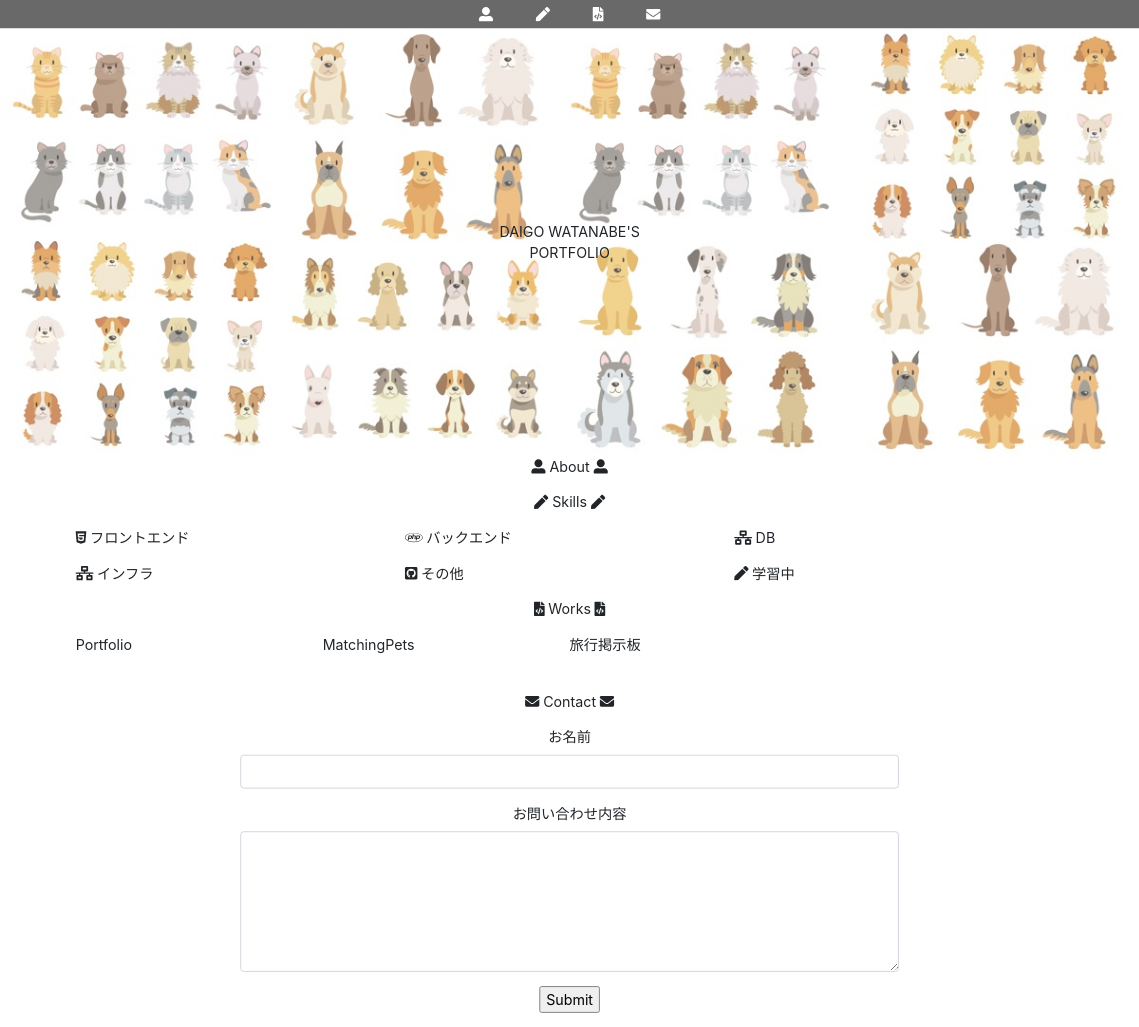
Repository: watanabedaigo/Portfolio
Page: index.html
The author's editor kept a record of every edit. The page is drawn from the files as they stood at one moment, then again after the next edit.
The browser window is 1280 px wide. The pictures show the whole page, at 89% of full size.
Some web libraries are served in a nearby version.

Above is the page before.

After the next edit:
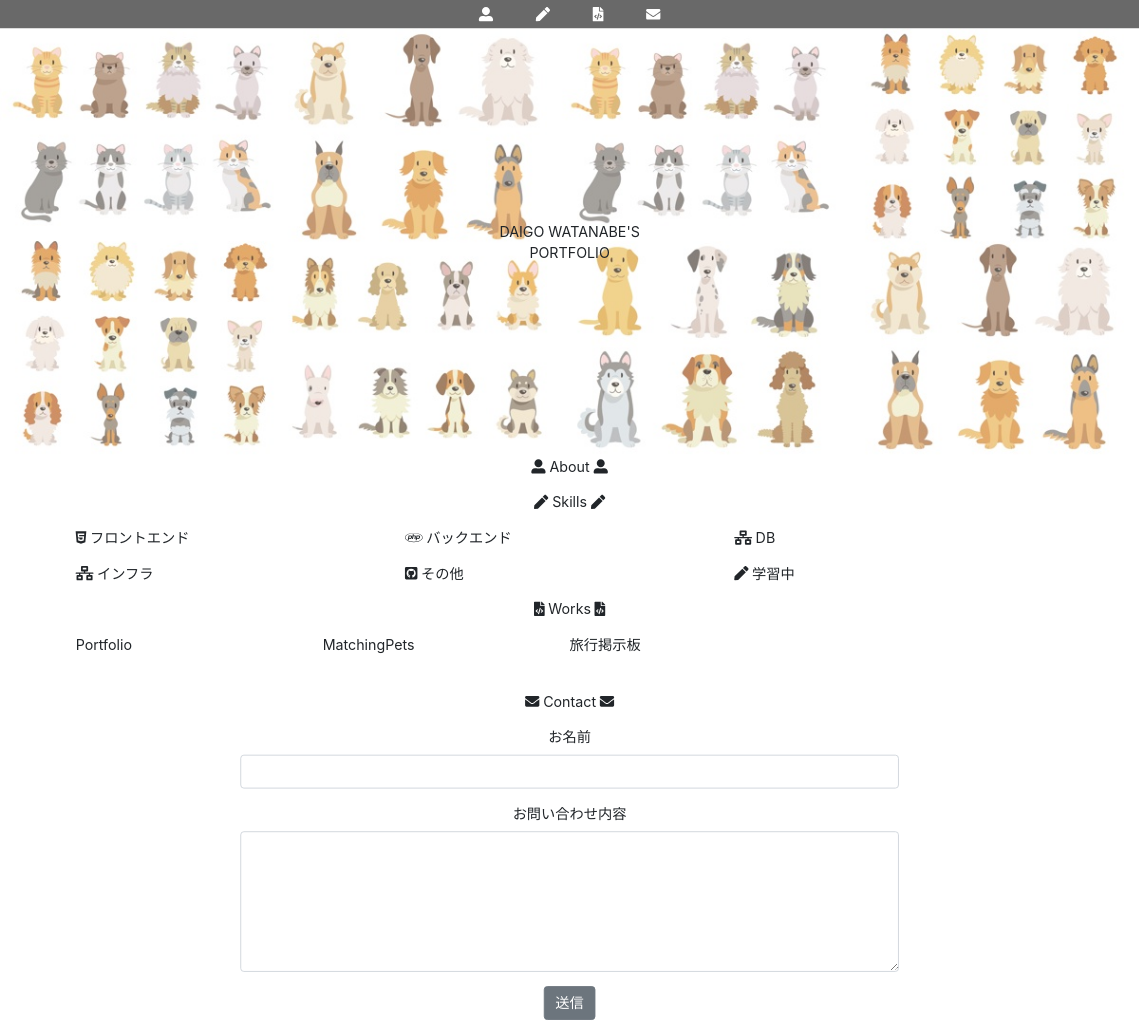
The edit:
--- a/index.html
+++ b/index.html
@@ -143,7 +143,7 @@
                             <textarea name="content" id="content" rows="6" class="form-control col-md-8 col-12 mx-auto"></textarea>
                         </div>
                         <!--送信ボタン-->
-                        <input type="submit" value="Submit"/>
+                        <input type="submit" value="送信" class="btn btn-secondary">
                     </form>
                 </div>
             </div>
